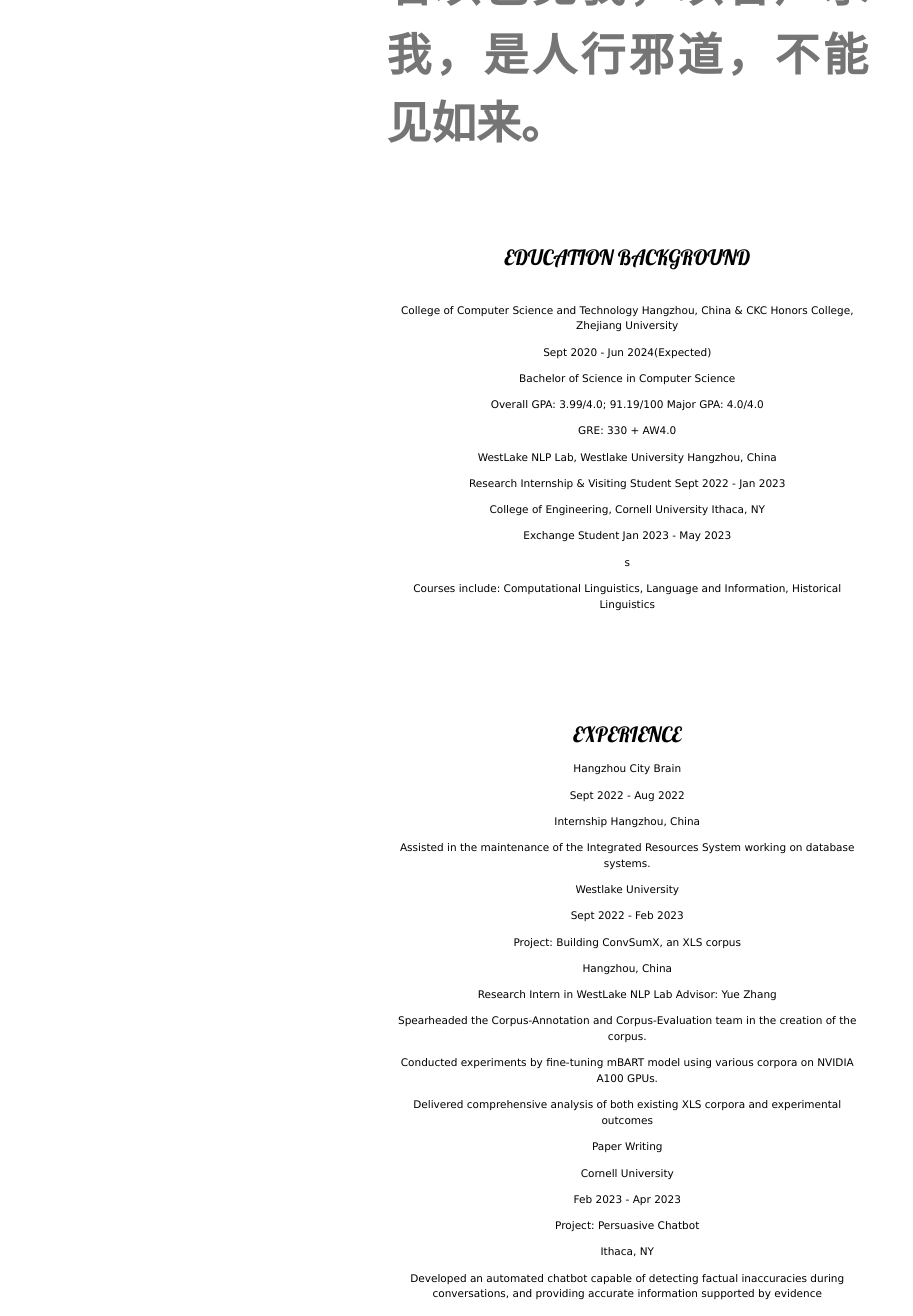
Repository: Ej-zhou/ej-zhou.github.io
Page: index.html
The author's editor kept a copy of each file at every save. The page is drawn from the files as they stood at one save, then again after the next save.
The browser window is 1280 px wide. The page is 1304 px wide, so the pictures cover 1304 px, including what lies to the right of the window. The pictures show the part of the page from y = 1030 to 2910 px (the page is 6374 px tall before and 6678 px after), at 70% of full size.
Some web fonts or font styles are not loaded; a fallback is used.

Above is the page before, as saved 2023-08-12 15:12:30.

### index.html
<!DOCTYPE html>

<html>
<head>
<title>
     Zhou, Ej
    </title>
<meta charset="utf-8"/>
<meta content="width=device-width, initial-scale=1" name="viewport"/>
<link href="https://www.w3schools.com/w3css/4/w3.css" rel="stylesheet"/>
<link href="https://fonts.googleapis.com/css?family=Lobster" rel="stylesheet"/>
<link href="https://cdnjs.cloudflare.com/ajax/libs/font-awesome/4.7.0/css/font-awesome.min.css" rel="stylesheet"/>
<link href="https://fonts.googleapis.com/css2?family=Noto+Sans+SC&amp;display=swap" rel="stylesheet"/>
<style>
     /* body, h1, h2, h3, h4, h5, h6 {font-family: "Lobster", sans-serif} */
     h1, h2, h3, h4, h5, h6 {font-family: "Lobster", sans-serif}
     .w3-row-padding img {margin-bottom: 12px}
     /* .bgimg {
       background-position: center;
       background-repeat: no-repeat;
       background-size: cover;
       background-image: url('https://www.w3schools.com/w3images/profile_girl.jpg');
       min-height: 100%;
     } */
    @font-face {
      font-family: 'YanShiFoXiTi';
      src: url('fonts/YanShiFoXiTi/Slidefu-Regular-2.ttf'); /* Change the extension to match your file */
    }

    @font-face {
    font-family: 'Aakar Regular';
    src: url('fonts/Aakar Regular/Aakar Regular.ttf') format('truetype'); /* Update the path if needed */
    }

    @font-face {
        font-family: 'vesper_libre';
        src: url("fonts/Vesper_Libre/VesperLibre-Bold.ttf");
    }

    @font-face {
        font-family: 'kalam';
        src: url("fonts/Kalam/Kalam-Bold.ttf");
    }


    @font-face {
        font-family: 'Kurale';
        src: url("fonts/Kurale/Kurale-Regular.ttf");
    }

    @font-face {
        font-family: "Tillana";
        src: url("fonts/Tillana/Tillana-Regular.ttf");
    }

     .chinese {
      font-family: 'YanShiFoXiTi', sans-serif;
    }

    .sanskrit {
        font-family: 'Tillana';
        font-size: 33px; /* Set the font size to your desired value */
        font-style: italic;
        font-weight: bold; /* Make the text bold */
        text-align: right; /* Center align the text */
        display: block; /* Make the span a block element to occupy the full width */
        margin: 10px 0; /* Add some margin to separate it from other elements */
        color: gray; /*Set the color to your preference*/
    }
  /* Other CSS rules */

    /* Style for the sidebar container */
    .sidebar {
    width: 600px; /* Same as the desired image width */
    position: fixed; /* Fixed position */
    top: 0; /* Align with the top of the viewport */
    height: 100%; /* Full height */
    overflow: auto; /* Enable scrolling inside the sidebar */
    display: flex; /* Enable flexbox for centering */
    align-items: center; /* Center vertically */
    justify-content: center; /* Center horizontally */
    }

    /* Style for the image container */
    .image-container {
    width: 100%; /* Take up full width of the sidebar */
    text-align: left; /* Center the image horizontally */
    }



    .question-mark {
      cursor: pointer;
      font-weight: bold;
      color: gray; /* Change the color as needed */
      font-size: 40%; /* Adjust the font size to make it smaller */
      vertical-align: top; /* Display the question mark as a superscript */
    }

    .tooltip {
    display: none;
    position: absolute;
    background-color: #f9f9f9;
    padding: 5px;
    border: 1px solid #ccc;
    border-radius: 4px;
    box-shadow: 2px 2px 5px rgba(0, 0, 0, 0.1);
    font-size: 20%; /* Set to the desired font size */
    font-weight: normal; /* Set the font weight to normal */
    font-style: normal; /* Set the font style to normal */
    font-family: "Times New Roman", serif /* Set the desired font family */
    }


</style>
</head>
<!-- <body><div class="sidebar"><div class="image-container"><img alt="here should be a photo" height="400" src="pics/IMG_2185.JPG" width="600"/></div></div> -->
<body><div class="sidebar"><div class="image-container"><img alt="here should be a photo"  src="pics/photo.jpeg" width="550"/></div></div>
<!-- Sidebar with image -->
<!-- <nav class="w3-sidebar w3-hide-medium w3-hide-small" style="width:40%"> -->
<!-- <div class="bgimg"> -->
<!-- </div> -->
<!-- </nav> -->
<!-- Hidden Sidebar (reveals when clicked on menu icon)-->
<!-- <nav class="w3-sidebar w3-black w3-animate-right w3-xxlarge" id="mySidebar" style="display:none;padding-top:150px;right:0;z-index:2">
   <a class="w3-button w3-black w3-xxxlarge w3-display-topright" href="javascript:void(0)" onclick="closeNav()" style="padding:0 12px;">
    <i class="fa fa-remove">
    </i>
   </a>
   <div class="w3-bar-block w3-center">
    <a class="w3-bar-item w3-button w3-text-grey w3-hover-black" href="#" onclick="closeNav()">
     Home
    </a>
    <a class="w3-bar-item w3-button w3-text-grey w3-hover-black" href="#portfolio" onclick="closeNav()">
     Portfolio
    </a>
    <a class="w3-bar-item w3-button w3-text-grey w3-hover-black" href="#about" onclick="closeNav()">
     About
    </a>
    <a class="w3-bar-item w3-button w3-text-grey w3-hover-black" href="#contact" onclick="closeNav()">
     Contact
    </a>
   </div>
  </nav> -->

<!-- Page Content -->
<div class="w3-main w3-padding-large" style="margin-left:40%">
<!-- Menu icon to open sidebar -->
<span class="w3-button w3-top w3-white w3-xxlarge w3-text-grey w3-hover-text-black" onclick="openNav()" style="width:auto;right:0;">
<i class="fa fa-bars">
</i>
</span>
<!-- Header -->
<header class="w3-container w3-center" id="home" style="padding:128px 16px">

<h1 class="w3-jumbo">
    <b> <span class="chinese">周逸杰</span>           </b>
</h1>



<h1 class="w3-jumbo">
<b>
        ZHOU, EJ
      </b>
      <span class="question-mark">?</span>
      <span class="tooltip">
        My given name is <i>Yijie</i>, and my family name <i>Zhou</i>. <i>Ej</i> is my preferred name, and we put our family name in the front.
      </span>




</h1>
<p>
     Where shall I begin...
    </p>
<!-- <img class="w3-image w3-hide-large w3-hide-small w3-round" src="https://www.w3schools.com/w3images/profile_girl.jpg" style="display:block;width:60%;margin:auto;"/> -->
<!-- <img class="w3-image w3-hide-large w3-hide-medium w3-round" height="1333" src="https://www.w3schools.com/w3images/profile_girl.jpg" width="1000">
<button class="w3-button w3-light-grey w3-padding-large w3-margin-top">
<i class="fa fa-download">
</i>
      CV
    </button>
</img></header> -->
<!-- Portfolio Section -->
<!-- <div class="w3-padding-32 w3-content" id="portfolio">
    <h2 class="w3-text-grey">
     My Portfolio
    </h2>
    <hr class="w3-opacity"/> -->
<!-- Grid for photos -->
<!-- <div class="w3-row-padding" style="margin:0 -16px"> -->
<!-- <div class="w3-half">
      <img src="https://www.w3schools.com/w3images/wedding.jpg" style="width:100%"/>
      <img src="https://www.w3schools.com/w3images/rocks.jpg" style="width:100%"/>
      <img src="https://www.w3schools.com/w3images/sailboat.jpg" style="width:100%"/>
     </div>
     <div class="w3-half">
      <img src="https://www.w3schools.com/w3images/underwater.jpg" style="width:100%"/>
      <img src="https://www.w3schools.com/w3images/chef.jpg" style="width:100%"/>
      <img src="https://www.w3schools.com/w3images/wedding.jpg" style="width:100%"/>
      <img src="https://www.w3schools.com/w3images/p6.jpg" style="width:100%"/>
     </div> -->
<!-- End photo grid -->
<!-- </div> -->
<!-- End Portfolio Section -->
<!-- </div> -->
<!-- About Section -->
<div class="w3-content w3-justify w3-text-grey w3-padding-32" id="about">
<h2>
     About
    </h2>
<hr class="w3-opacity"/>
<p>
    I am an undergraduate student in Zhejiang Unviersity. I am interested in NLP and AI. I am currently working on a project about building a corpus for cross-lingual summarization. I am also interested in the intersection of NLP and other fields, such as psychology and philosophy. I am also interested in the application of NLP in the field of education. I am currently working on a project about building a corpus for cross-lingual summarization. I am also interested in the intersection of NLP and other fields, such as psychology and philosophy. I am also interested in the application of NLP in the field of education. I am currently working on a project about building a corpus for cross-lingual summarization. I am also interested in the intersection of NLP and other fields, such as psychology and philosophy. I am also interested in the application of NLP in the field of education.
    </p>
<h3 class="w3-padding-16">
<!-- My Skills
    </h3>
    <p class="w3-wide">
     Photography
    </p>
    <div class="w3-light-grey">
     <div class="w3-container w3-center w3-padding-small w3-dark-grey" style="width:95%">
      95%
     </div>
    </div>
    <p class="w3-wide">
     Web Design
    </p>
    <div class="w3-light-grey">
     <div class="w3-container w3-center w3-padding-small w3-dark-grey" style="width:85%">
      85%
     </div>
    </div>
    <p class="w3-wide">
     Photoshop
    </p>
    <div class="w3-light-grey">
     <div class="w3-container w3-center w3-padding-small w3-dark-grey" style="width:80%">
      80%
     </div>
    </div>
    <br/>
    <div class="w3-row w3-center w3-dark-grey w3-padding-16 w3-section">
     <div class="w3-quarter w3-section">
      <span class="w3-xlarge">
       14+
      </span> -->
<!-- <br/>
      Partners
     </div>
     <div class="w3-quarter w3-section">
      <span class="w3-xlarge">
       55+
      </span>
      <br/>
      Projects Done
     </div>
     <div class="w3-quarter w3-section">
      <span class="w3-xlarge">
       89+
      </span>
      <br/>
      Happy Clients
     </div>
     <div class="w3-quarter w3-section">
      <span class="w3-xlarge">
       150+
      </span>
      <br/>
      Meetings
     </div>
    </div>
    <button class="w3-button w3-light-grey w3-padding-large w3-section">
     <i class="fa fa-download">
     </i>
     Download Resume -->
<!-- </button> -->
<!-- Testimonials -->
<!-- <h3 class="w3-padding-24">
     My Reputation
    </h3>
    <img alt="Avatar" class="w3-left w3-circle w3-margin-right" src="https://www.w3schools.com/w3images/avatar_smoke.jpg" style="width:80px"/>
    <p>
     <span class="w3-large w3-text-black w3-margin-right">
      Chandler Bing.
     </span>
     Web Designer.
    </p>
    <p>
     Jane Doe is just awesome. I am so happy to have met her!
    </p>
    <br/>
    <img alt="Avatar" class="w3-left w3-circle w3-margin-right" src="https://www.w3schools.com/w3images/bandmember.jpg" style="width:80px"/>
    <p>
     <span class="w3-large w3-text-black w3-margin-right">
      Chris Fox.
     </span>
     CEO at Mighty Schools.
    </p>
    <p>
     Jane Doe saved us from a web disaster.
    </p>
    <br/>
    <img alt="Avatar" class="w3-left w3-circle w3-margin-right" src="https://www.w3schools.com/w3images/avatar_g2.jpg" style="width:80px"/>
    <p>
     <span class="w3-large w3-text-black w3-margin-right">
      Rebecca Flex.
     </span>
     CEO at Company.
    </p>
    <p>
     No one is better than Jane Doe.
    </p>
    <br/> -->
<!-- Grid for pricing tables -->
<!-- End About Section -->
<!-- </div> -->
<!--
  <script>
   // Open and close sidebar
function openNav() {
  document.getElementById("mySidebar").style.width = "60%";
  document.getElementById("mySidebar").style.display = "block";
}

function closeNav() {
  document.getElementById("mySidebar").style.display = "none";
}
  </script>
  <div class="w3-container w3-padding-64 w3-center"> -->

<br><br><br><br>
<h1 class="w3-jumbo">
    <b> <span class="chinese">若以色见我，以音声求我，是人行邪道，不能见如来。</span>           </b>
</h1>

<!-- <h1 class="w3-jumbo">
    <b> <span class="chinese">凡所有相，皆是虚妄。<br> 若见诸相非相，即见如来。</span>           </b>
</h1> -->


<p>
</p>
</h3></div>
<div class="w3-container w3-padding-64 w3-center">
<h2>
    EDUCATION BACKGROUND
   </h2>
   <hr class="w3-opacity"/>
<p>
    College of Computer Science and Technology Hangzhou, China &amp; CKC Honors College, Zhejiang University
   </p>
<p>
    Sept 2020 - Jun 2024(Expected)
   </p>
<p>
    Bachelor of Science in Computer Science
   </p>
<p>
    Overall GPA: 3.99/4.0; 91.19/100 Major GPA: 4.0/4.0
   </p>
<p>
    GRE: 330 + AW4.0
   </p>
<p>
    WestLake NLP Lab, Westlake University Hangzhou, China
   </p>
<p>
    Research Internship &amp; Visiting Student Sept 2022 - Jan 2023
   </p>
<p>
    College of Engineering, Cornell University Ithaca, NY
   </p>
<p>
    Exchange Student Jan 2023 - May 2023
   </p>
s   <p>
    Courses include: Computational Linguistics, Language and Information, Historical Linguistics
   </p>
</div>



<div class="w3-container w3-padding-64 w3-center">
<h2>
    EXPERIENCE
   </h2>
<p>
    Hangzhou City Brain
   </p>
<p>
    Sept 2022 - Aug 2022
   </p>
<p>
    Internship Hangzhou, China
   </p>
<p>
    Assisted in the maintenance of the Integrated Resources System working on database systems.
   </p>
<p>
    Westlake University
   </p>
<p>
    Sept 2022 - Feb 2023
   </p>
<p>
    Project: Building ConvSumX, an XLS corpus
   </p>
<p>
    Hangzhou, China
   </p>
<p>
    Research Intern in WestLake NLP Lab Advisor: Yue Zhang
   </p>
<p>
    Spearheaded the Corpus-Annotation and Corpus-Evaluation team in the creation of the corpus.
   </p>
<p>
    Conducted experiments by fine-tuning mBART model using various corpora on NVIDIA A100 GPUs.
   </p>
<p>
    Delivered comprehensive analysis of both existing XLS corpora and experimental outcomes
   </p>
<p>
    Paper Writing
   </p>
<p>
    Cornell University
   </p>
<p>
    Feb 2023 - Apr 2023
   </p>
<p>
    Project: Persuasive Chatbot
   </p>
<p>
    Ithaca, NY
   </p>
<p>
    Developed an automated chatbot capable of detecting factual inaccuracies during conversations, and providing accurate information supported by evidence
   </p>
</div>



<div class="w3-container w3-padding-64 w3-center">
<h2>
    PUBLICATION
   </h2>
<p>
    [1] Yulong Chen, Huajian Zhang, Yijie Zhou, Xuefeng Bai, Yueguan Wang, Ming Zhong, Jianhao Yan, Yafu Li, Judy Li, Michael Zhu and Yue Zhang:
   </p>
<p>
    Revisiting Cross-Lingual Summarization: A Corpus-based Study and A New Benchmark with Improvement Annotation, submitted to ACL 2023
   </p>
</div>
<div class="w3-container w3-padding-64 w3-center">
<h2>
    AWARDS AND COMPETITIONS
   </h2>
<p>
    Zhejiang Lab Cup Global AI Competition, Third Prize
   </p>
<p>
    Oct 2021
   </p>
<p>
    Hangzhou, China
   </p>
<p>
    Zhejiang University Programming Contest, Third Prize
   </p>
<p>
    Oct 2021
   </p>
<p>
    Hangzhou, China
   </p>
</div>
<div class="w3-container w3-padding-64 w3-center">
<h2>
    SELECTED COURSE-WORKS
   </h2>
<p>
    Parallel Computing and Neural Networks
   </p>
<p>
    Jul 2021 - Aug 2021
   </p>
<p>
    Coursework for Integrate Practice for Courses I: Supercomputing; score 97/100
   </p>
<p>
    Enhanced GEMM performance by over 100x using OpenMP and MPI on a computing cluster.
   </p>
<p>
    Developed a CNN from scratch using PyTorch for handwriting recognition and object recognition.
   </p>
<p>
    Mini-SQL GitHub
   </p>
<p>
    May 2022 - Jun 2022
   </p>
<p>
    Coursework for Database System; score 98/100
   </p>
<p>
    Developed a compact single-user SQL engine (DBMS) supporting fundamental database operations and implemented an index-manager for record handling using a custom-designed B+-tree data structure.
   </p>
<p>
    Socket and Web-server
   </p>
<p>
    Oct 2022 - Dec 2022
   </p>
<p>
    Coursework for Computer Network; score 96/100
   </p>
<p>
    Developed a custom TCP-based communication protocol.
   </p>
<p>
    Constructed a lightweight web server capable of parsing HTTP protocol and accepting browser access without relying on any pre-built libraries.
   </p>
</div>
<div class="w3-container w3-padding-64 w3-center">
<h2>
    SKILLS
   </h2>
<p>
    Programming Skills: Python, C, C++, Verilog, etc.
   </p>
<p>
    Deep Learning Framework: Pytorch, Transformers, working with LLMs
   </p>
<p>
    Developer Tools: Git, GitHub, Linux, Anaconda, LaTeX, Docker
   </p>
<p>
    Others: SQL Language, Linux Kernel Programming, CUDA
   </p>
</div>
<div class="w3-container w3-padding-64 w3-center">
<h2>
    LANGUAGES
   </h2>
<p>
    Mandarin: Native mastery
   </p>
<p>
    Wu-Chinese: Native in oral speech
   </p>
<p>
    English: Proficient, TOEFL 110/120
   </p>
<p>
    French: Fluent, TFU 84/100
   </p>
<p>
    Japanese: Intermediate reading-comprehension, basic conversation
   </p>
<p>
    Beginner level in Cantonese and Spanish
   </p>
</div>
<div class="w3-container w3-padding-64 w3-center">
<h2>
    EXTRA-CURRICULAR ACTIVITIES
   </h2>
<p>
    My film reviews (link), An experimental short-film that I was in: In Some Nights. Tarkovsky and Wim Wenders
   </p>
<p>
    guqin and guitar
   </p>
</div>
<div class="w3-container w3-padding-64 w3-center">
<h2>
    AWARDS AND HONORS
   </h2>
<p>
    First-class Scholarship, Zhejiang University 2022/2021
   </p>
<p>
    Excellence Honors Scholarship, Zhejiang University 2021
   </p>
<p>
    Hengyi Scholarship 2021
   </p>
</div>

<!-- Contact Section -->


<!-- <div class="w3-padding-32 w3-content w3-text-grey" id="contact" style="margin-bottom:64px">
<h2>
       Contact Me
      </h2>
<hr class="w3-opacity"/>
<div class="w3-section">
<p>
<i class="fa fa-map-marker fa-fw w3-xxlarge w3-margin-right">
</i>
        New Haven, CT
       </p>
<p>
<i class="fa fa-phone fa-fw w3-xxlarge w3-margin-right">
</i>
        Phone: +1 (607) 327-2411 / +86 188-0671-8188
       </p>
<p>
<i class="fa fa-envelope fa-fw w3-xxlarge w3-margin-right">
</i>
        Email: e.j.zhou@zju.edu.cn / yz2876@cornell.edu
       </p> -->
<br><br><br><br>
<b> <span class="sanskrit">गते गते पारगते पारसंगते बोधि स्वाहा</span>           </b>


</div>
<!-- Image of location/map -->
<!-- <img class="w3-image w3-greyscale" src="https://www.w3schools.com/w3images/map.jpg" style="width:100%;margin:32px 0"/> -->
<!-- <p>
       Lets get in touch. Send me a message:
      </p> -->
<!-- <form action="/action_page.php" target="_blank"> -->
<!-- <p>
<input class="w3-input w3-padding-16 w3-border" name="Name" placeholder="Name" required="" type="text"/>
</p>
<p>
<input class="w3-input w3-padding-16 w3-border" name="Email" placeholder="Email" required="" type="text"/>
</p>
<p>
<input class="w3-input w3-padding-16 w3-border" name="Subject" placeholder="Subject" required="" type="text"/>
</p>
<p>
<input class="w3-input w3-padding-16 w3-border" name="Message" placeholder="Message" required="" type="text"/>
</p>
<p>
<button class="w3-button w3-light-grey w3-padding-large" type="submit">
<i class="fa fa-paper-plane">
</i>
         SEND MESSAGE
        </button>
</p> -->
<!-- </form> -->
<!-- End Contact Section -->


</div>



<!-- Footer. This section contains an ad for W3Schools Spaces. You can leave it to support us. -->

<footer class="w3-container w3-padding-64 w3-light-grey w3-center w3-opacity w3-xlarge" style="margin:-24px">
    <!-- <a href="https://www.facebook.com/yourusername" target="_blank"><i class="fa fa-facebook-official w3-hover-opacity"></i></a> -->
    <!-- <a href="https://www.instagram.com/yourusername" target="_blank"><i class="fa fa-instagram w3-hover-opacity"></i></a> -->
    <!-- <a href="https://www.snapchat.com/yourusername" target="_blank"><i class="fa fa-snapchat w3-hover-opacity"></i></a> -->
    <!-- <a href="https://www.pinterest.com/yourusername" target="_blank"><i class="fa fa-pinterest-p w3-hover-opacity"></i></a> -->
    <a href="https://twitter.com/ej_2876" target="_blank"><i class="fa fa-twitter w3-hover-opacity"></i></a>
    <a href="https://github.com/cyber-e-j" target="_blank"><i class="fa fa-github w3-hover-opacity"></i></a> <!-- GitHub Link -->
    <a href="https://www.linkedin.com/in/ej-zhou-1600a7264/" target="_blank"><i class="fa fa-linkedin w3-hover-opacity"></i></a>
    <!-- <a href="https://scholar.google.com/citations?authuser=1&user=e8yGb7IAAAAJ" target="_blank"><i class="fa-brands fa-google"></i></a> Google Scholar Link -->
    <a href="https://scholar.google.com/citations?authuser=1&user=e8yGb7IAAAAJ" target="_blank"><img width="24" height="24" src="https://img.icons8.com/material-two-tone/384/google-scholar.png" alt="google-scholar" class="w3-hover-opacity" /></a> <!-- Google Scholar Link -->

    <!-- Additional content -->
    <p class="w3-small">
      <!-- This website was made with W3schools Spaces. Make your own free website today! -->
    </p>
    <!-- <a class="w3-button w3-round-xxlarge w3-small w3-dark-grey" href="https://www.w3schools.com/spaces" target="_blank">
       Start now
      </a> -->
    <!-- End footer -->
  </footer>

</div>



<script>
    const questionMark = document.querySelector('.question-mark');
    const tooltip = document.querySelector('.tooltip');

    questionMark.addEventListener('mouseover', () => {
      tooltip.style.display = 'inline-block';
    });

    questionMark.addEventListener('mouseout', () => {
      tooltip.style.display = 'none';
    });

    // Optional: If you want to hide the tooltip when the mouse moves away from it, add the following code
    tooltip.addEventListener('mouseout', () => {
      tooltip.style.display = 'none';
    });
  </script>


</body>

  <!-- END PAGE CONTENT -->
  </html>

After the next save:
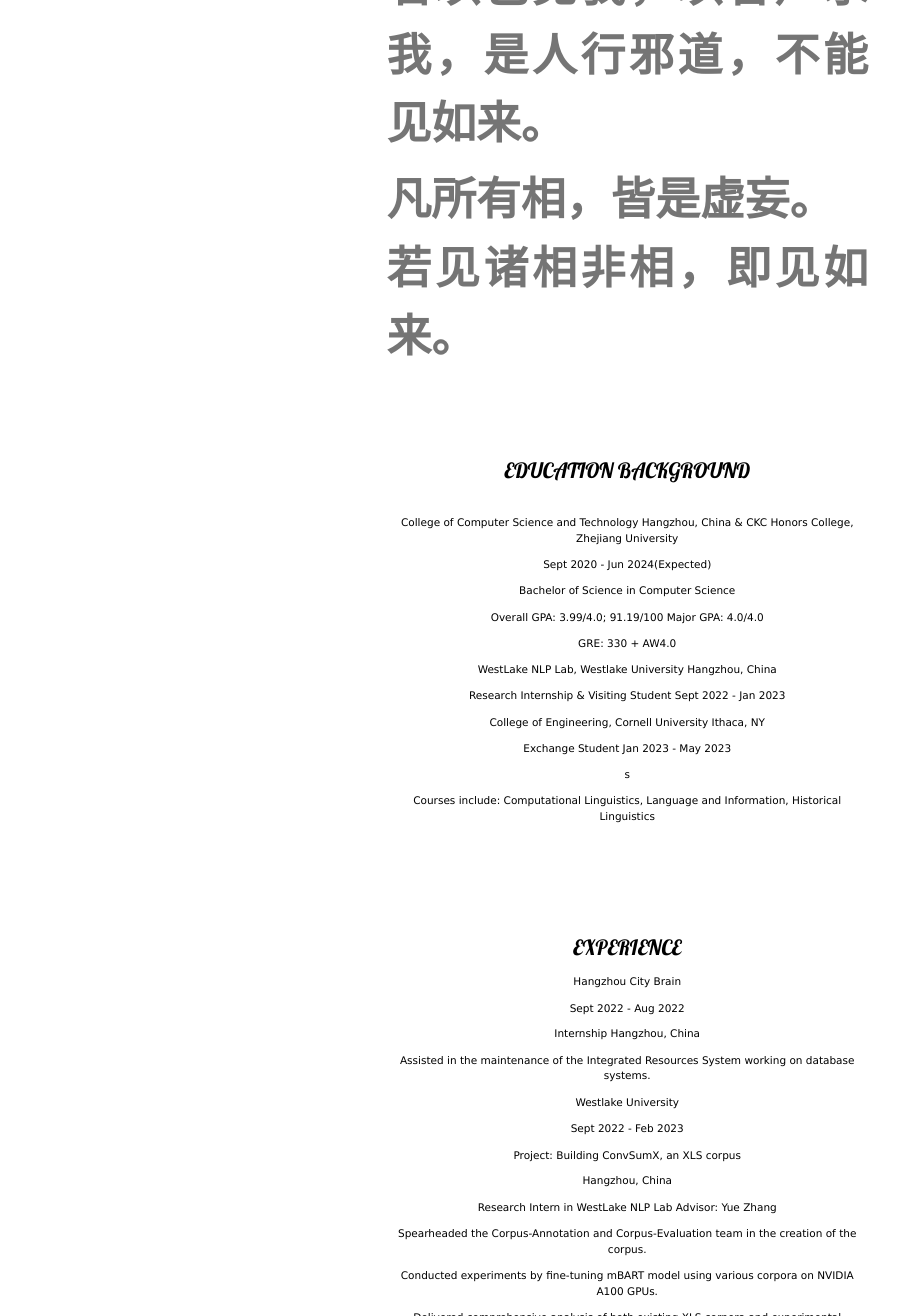
Saved 25 s later.
--- a/index.html
+++ b/index.html
@@ -341,6 +341,10 @@
     <b> <span class="chinese">凡所有相，皆是虚妄。<br> 若见诸相非相，即见如来。</span>           </b>
 </h1> -->
 
+<h1 class="w3-jumbo">
+    <b> <span class="chinese">凡所有相，皆是虚妄。<br> 若见诸相非相，即见如来。</span>           </b>
+</h1>
+
 
 <p>
 </p>
